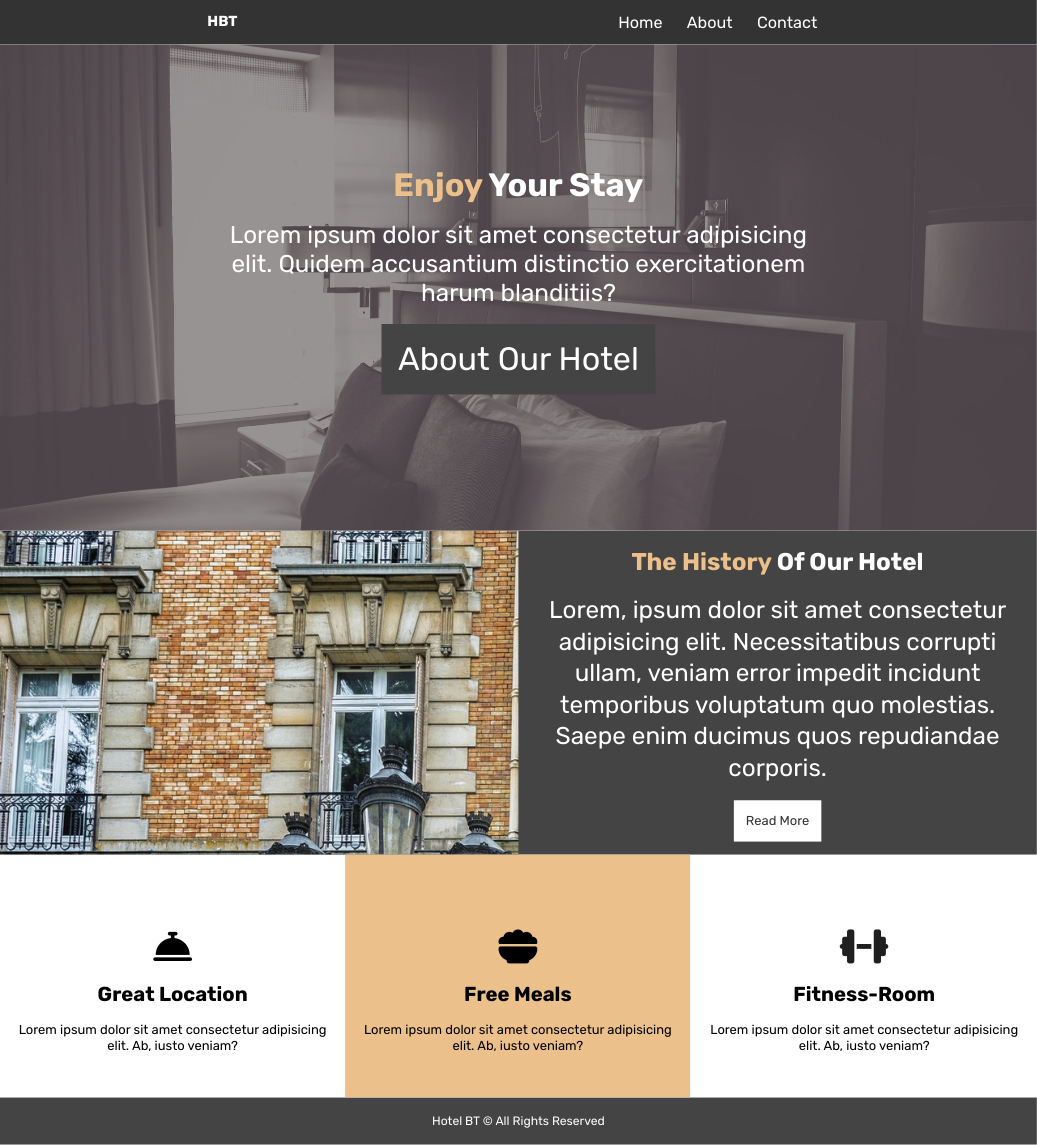
Repository: reemoon-ctrl/35---hotel-website
Page: index.html
These files come from the project's save history. The page is drawn as it stood at one moment and after the next save; the edit follows.
The browser window is 1280 px wide. The pictures show the whole page, at 81% of full size.
Some web libraries are served in a nearby version.

Above is the page before, as saved 2024-07-24 19:44:52.

### index.html
<!DOCTYPE html>
<html lang="en">
<head>
    <meta charset="UTF-8">
    <meta name="viewport" content="width=device-width, initial-scale=1.0">
    <title>HBT| hotel website</title>
    <link rel="stylesheet" href="index.css"/>
    <style>
    @import url('https://fonts.googleapis.com/css2?family=Rubik:ital,wght@0,300..900;1,300..900&display=swap');

    </style>
    <script src="https://kit.fontawesome.com/6132f3c84f.js" crossorigin="anonymous"></script>

</head>
<body>
    <header>
        <ul class="nav-bar">
            <li class="title"><a href="">HBT</a></li>
            <div class="bag-nav-row" >
            <li class="bag-nav"><a href="contact.html">Contact</a></li>
            <li class="bag-nav"><a href="about.html">About</a></li>
            <li class="bag-nav"><a href="index.html">Home</a></li>
            </div>
        </ul>

    </header>

    <header class="mainheader" >
        <div class="mainheadertxt">
            <h1><span class="fword">Enjoy</span> Your Stay</h1>
            <p>Lorem ipsum dolor sit amet
                consectetur adipisicing elit.
                Quidem accusantium distinctio
                exercitationem harum blanditiis?
            </p>
            <a href="about.html" >About Our Hotel</a>
        </div>
    </header>

    <main class="main-content">
        <div class="hotelimg"></div>
        <div class="hotel-disc">
            <h3><span class="fword">The History </span>Of Our Hotel</h3>
            <p>Lorem, ipsum dolor sit amet consectetur adipisicing elit. Necessitatibus corrupti ullam, veniam error impedit incidunt temporibus voluptatum quo molestias. Saepe enim ducimus quos repudiandae corporis.</p>
            <a href="about.html">Read More</a>
        </div>

    </main>

    <aside class="aside-bar">
        <ul >
            <div class="ul">
                <div class="fli" ><i class="fa-solid fa-bell-concierge fa-3x"></i> <li ><h4>Great Location</h4>
                    <p>Lorem ipsum dolor sit amet consectetur adipisicing elit. Ab, iusto veniam?</p>

                </li></div>
                <div class="sli"><li > <i class="fa-sharp-duotone fa-solid fa-bowl-food fa-3x" style="--fa-primary-color: #1f1f1f; --fa-secondary-color: #1f1f1f;"></i><h4>Free Meals</h4>
                    <p>Lorem ipsum dolor sit amet consectetur adipisicing elit. Ab, iusto veniam?</p>

                </li></div>
                <div class="thli"><li ><i class="fa-solid fa-dumbbell fa-3x" style="color: #1f1f1f;"></i><h4 >Fitness-Room</h4>
                    <p>Lorem ipsum dolor sit amet consectetur adipisicing elit. Ab, iusto veniam?</p>

                </li></div>
            </div>
        </ul>
    </aside>

    <footer>
        <p>Hotel BT &copy; All Rights Reserved</p>

    </footer>

</body>
</html>

### index.css
*{
    padding: 0px;
    margin: 0px;
    box-sizing: border-box;
    font-family: "Rubik", sans-serif;
    font-optical-sizing: auto;




}
.nav-bar{
    list-style:none;
    overflow: auto;
    /* clear:both; */
    background: #333333;
    font-size: 20px;
    text-align: center;
    height: 55px;

}

.bag-nav-row{
    margin-right: 20%;
}
.title{
    float: left;
    margin-left: 20%;
    font-weight: bold;
    font-size:18px ;

    text-align: center;
    padding:15px 0px;

}
.title  a{
    text-decoration: none;
    color:#fff;
}


.bag-nav{
    float: right;
    font-size: 20px;


}
.bag-nav-row li a{
    text-decoration: none;
    padding: 15px;
    display: inline-block;
    color: #fff;
}

.bag-nav-row li a:hover{
    background: #444444;
    color:#ecc08a;
}
.bag-nav-row li a:active{
    background: #444444;
    color:#ecc08a;
}


.mainheader{
    background-image: url("img/showcase.jpg") ;
    background-color: #cccccc;
    height:600px;
    background-position: center;
    background-repeat: no-repeat;
    background-size:cover;
    position: relative;
}
.mainheadertxt{
    /* margin: auto; */
    padding: 150px 20%;
    position:relative;
    text-align: center;
    /* margin-top: 20px; */
    color:#fff;
}
.mainheadertxt h1{
    font-size:40px;

}

.mainheadertxt p{
    margin:20px;
    font-size: 30px;
}
.mainheadertxt a{
    position:relative;
    display: block;
    width: fit-content;
    background: #444444;
    text-decoration:none ;
    color: #fff;
    top:50%;
    margin-top: 30px;
    margin: auto;
    font-size: 40px;

    padding: 20px;
}
.mainheadertxt a:hover{
    background: #ecc08a;
    cursor: pointer;
    color:#333333;

}
.fword{
    color:#ecc08a
}
.main-content{
    width:100%;
    height:400px;
    overflow: auto;
    background: #444444;
    color: #fff;
}
.hotelimg{
    width:50%;
    float:left;

    min-height:100% ;
    background: url('img/photo-1.jpg') no-repeat;
}
.hotel-disc{
    /* padding-top: 100px; */
    padding:20px 10px;
    width:50%;
    height:40px;
    float:right;
    text-align: center;
    /* margin-top:px; */
    line-height: 1.3;
    /* padding:20px; */

}
.hotel-disc h3{
    font-size: 30px;
    /* font-size: xx-large; */
    margin-bottom: 20px;
}
.hotel-disc a{
    position:relative;
    display: block;
    width: fit-content;
    text-decoration:none ;
    color: #333333;
    padding: 15px;
    margin:auto;
    margin-top: 20px;
    background: #fff;

}
.hotel-disc a:hover{
    background: #ecc08a;
}
.hotel-disc p{
    font-size: 30px;
}

.aside-bar{
    height: 300px;
    overflow: auto;
    clear:both;

}
.ul{
    list-style: none;
    text-align: center;
    margin:auto;
    height:300px;
}
.fli{
    padding: 60px;
    margin: auto;
    float: left;
    width:33.3%;
    height: 300px;
    padding: 90px 20px;
}
.fli h4{
    font-size: 25px;
    margin-bottom: 20px;
    margin-top: 20px;
}
.sli h4{
    margin-top: 20px;
    font-size: 25px;
    margin-bottom: 20px;
}
.thli h4{
    margin-top: 20px;
    font-size: 25px;
    margin-bottom: 20px;
}
.sli{
    float:left;
    width:33.3%;
    background-color:#ecc08a;
    height: 300px;
    padding: 90px 20px;

}
.thli{
    float:right;
    width:33.3%;
    height: 300px;
    margin: auto;
    height: 300px;
    padding: 90px 20px;
}

footer p{
    text-align: center;
    font-size: 15px;
    color: #fff;
    background: #444444;
    padding: 20px;
}

/* ///////////////about website////////////////// */
.s-header{
    overflow: auto;
    clear: both;
    margin: auto;
    margin: 50px 20%;
    /* height: 500px; */
}
.header-content{
    float:left;
    width:40%;

}
.header-content h1{
    font-size: 50px;
}
.header-content p{
    font-size: 28px;
    margin-top: 20px;
    line-height: 1.3;
}
.hotel-img2{
    height:400px;
    width: 40%;
    float: right;
    border-radius:50%;
}
.comment{
    overflow: auto;
    background:#ecc08a;
    margin: 20px 20%;
    border-radius: 20px;

}
.aside-content{
    background-image: url(img/test-bg.jpg) ;
    background-color: #cccccc;
    height:900px;
    background-position: center;
    background-repeat: no-repeat;
    background-size: cover;
    position: relative;
    width: 100%;



}
.aside-content h1{
    margin: 20px 20%;
    text-align: center;
    color: #FFF;
    font-size: 50px;
    padding-top: 100px;
    padding-bottom: 50px;

}
.comment img{
    padding-top: 30px;
width:200px ;
height:200px ;
border-radius: 200px;
float: left;
padding-right: 20px;
padding-left: 20px;
margin-bottom: 50px;
}
.comment p{
padding-top: 70px;
font-size: 28px;
color: #333333;


}
/* ///////////////about style///////////// */
form h1{
    margin-bottom: 20px;
    font-size: 50px;

}
form p{
    font-size: 25px;

}

.form-label label{
    display: block;

}
.form-label input{
    width:100%;
    padding:10px;
    font-size: 28px;
    border:#ddd solid 1px;
    /* border: 3px solid #ccc; */
    -webkit-transition: 0.5s;
    transition: 0.5s;
    outline: none;

}
.form-label input[type=text]:focus{
    border: 2px solid #ecc08a;
}
.form-label{
    font-size: 35px;
    margin-top: 20px;
}
.submit-input:hover{
    border: 2px solid #ecc08a;
    background: #ecc08a;
    color:#444444;
}
textarea{
    width: 100%;
    height: 250px;
    padding: 12px 20px;
    box-sizing: border-box;
    border: 1px solid #ddd;
    border-radius: 4px;
    /* background-color: #f8f8f8; */
    resize:none;
    font-size: 20px;
    -webkit-transition: 0.5s;
    transition: 0.5s;
    outline: none;

}
textarea:focus{
    border: 2px solid #ecc08a;
}
.submit-input{
 padding: 20px;
 /* text-align: center; */
 width:200px;
 cursor: pointer;
 margin: 30px 0px;
 background: #333333;
 color: #FFF;
 font-size: 20px;


}
.form-container{
    margin: 40px 20%;
    height:800px;
}
.fli-about{
    padding: 60px;
    margin: auto;
    float: left;
    width:33%;
    height: 300px;
    padding: 90px 20px;
    color:#ddd;
}
.fli-about h4{
    font-size: 35px;
    margin-bottom: 20px;
}
.fli-about p{
    font-size: 28px;
}
.sli-about h4{
    font-size: 35px;
    margin-bottom: 20px;
}
.sli-about p{
    font-size: 28px;
}
.thli-about h4{
    font-size: 35px;
    margin-bottom: 20px;
}
.thli-about p{
    font-size: 28px;
}
.sli-about{
    float:left;
    width:33%;
    color: #ddd;
    height: 300px;
    padding: 90px 20px;

}
.thli-about{
    float:right;
    width:33%;
    height: 300px;
    margin: auto;
    height: 300px;
    padding: 90px 20px;
    background: #333333;
    color: #ddd;
}
.ul-about{
    list-style: none;
    text-align: center;
    margin:auto;
    height:300px;
    background: #333333;
}

After the next save:
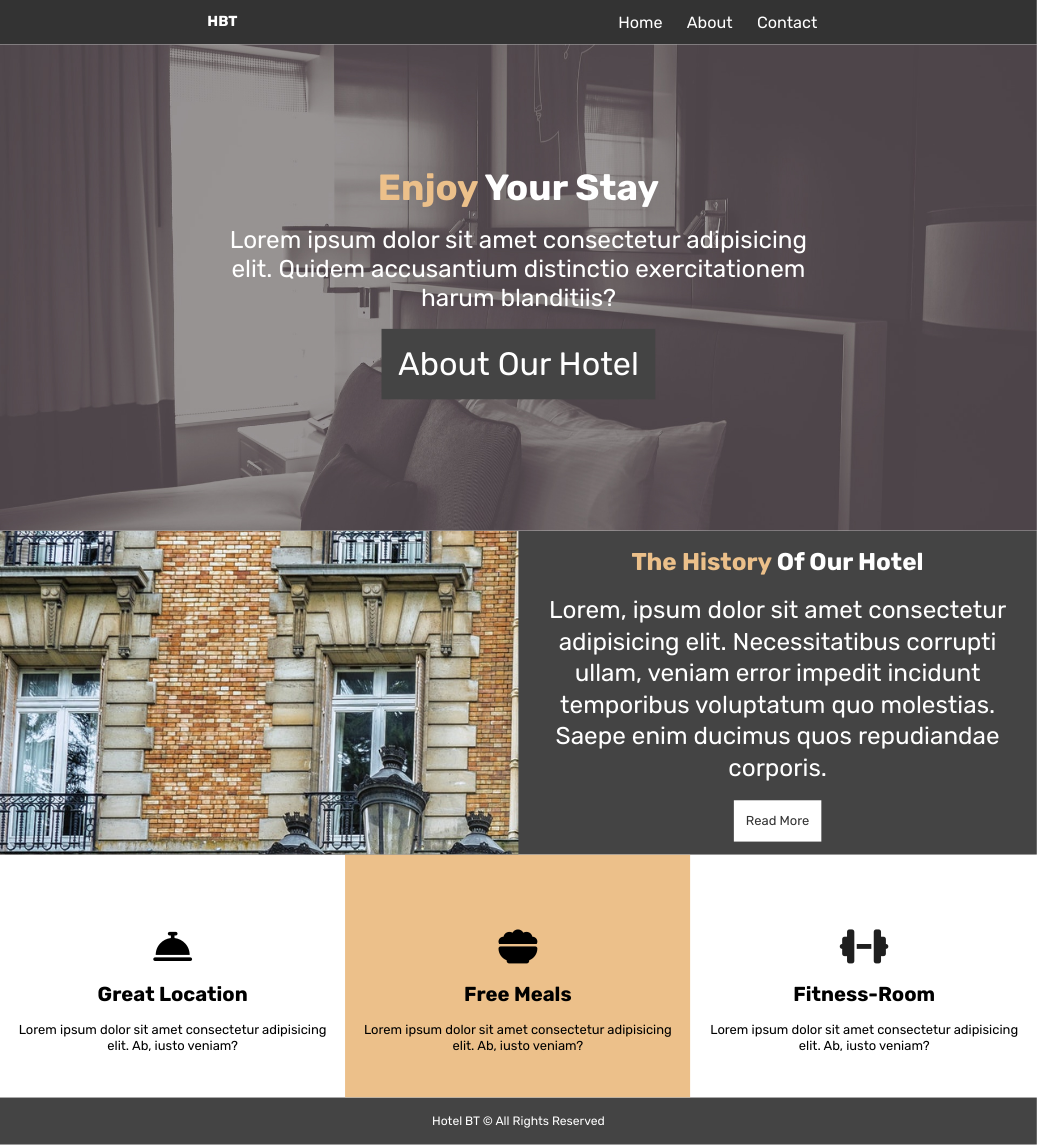
Saved 4 s later.
--- a/index.css
+++ b/index.css
@@ -80,7 +80,7 @@
     color:#fff;
 }
 .mainheadertxt h1{
-    font-size:40px;
+    font-size:45px;
 
 }
 
